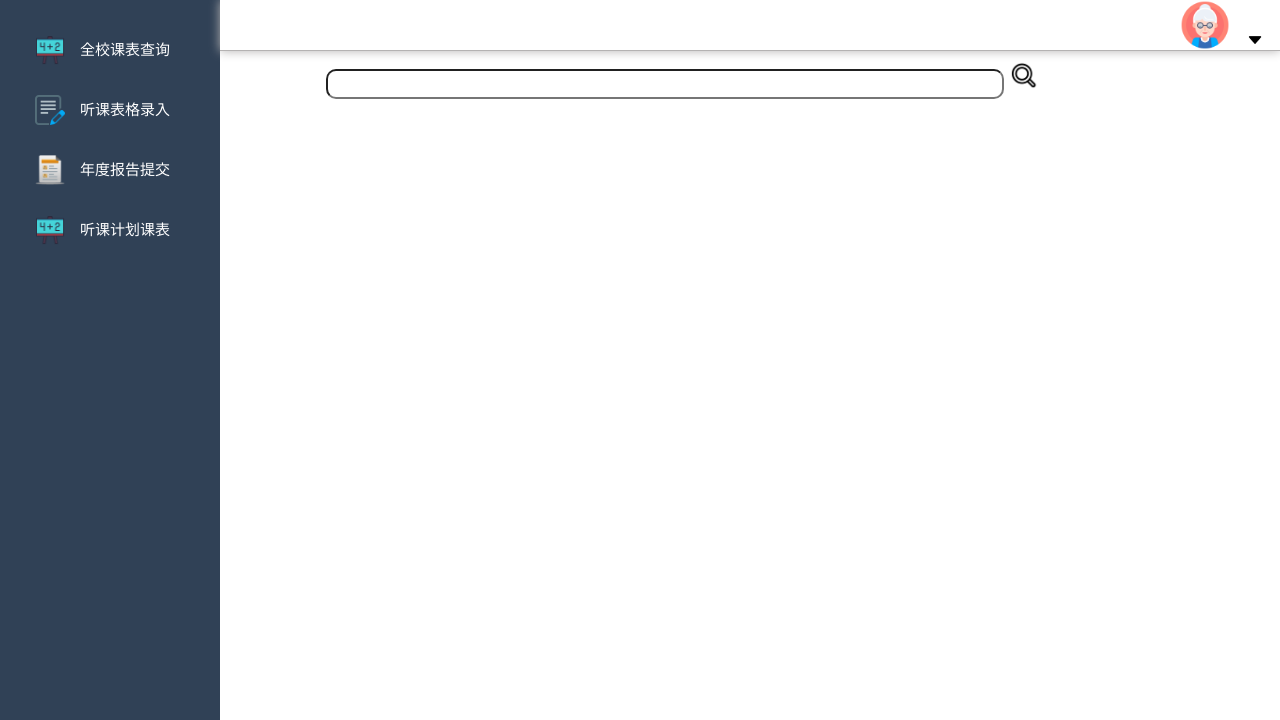
Repository: shandamengcheng/graduate-project
Page: /home/search
An editor plug-in stored every save of this project. The page is shown before and after the next save, followed by the edit.
The browser window is 1280 px wide. The pictures show the whole page.
The project was rebuilt for these pictures with package versions that can differ from the ones it lists, and the page was loaded fresh each time. Also part of the build but not shown: src/views/Login.vue.

Above is the page before, as saved 2021-03-14 12:33:51.

### src/App.vue
<template>
  <div id="app">
    <router-view/>
  </div>
</template>

<style>
* {
  margin: 0;
  padding: 0;
  -webkit-box-sizing: inherit;
  box-sizing: inherit;
}

#app, html, body{
  font-family: Avenir, Helvetica, Arial, sans-serif;
  -webkit-font-smoothing: antialiased;
  -moz-osx-font-smoothing: grayscale;
  text-align: center;
  color: #2c3e50;
  height: 100%;
  overflow: hidden;
}

</style>

### src/router/index.js
import Vue from 'vue'
import VueRouter from 'vue-router'
import Home from '../views/Home.vue'
import Login from '../views/Login.vue';
import Search from '../components/Search.vue';

Vue.use(VueRouter)

const routes = [
  {
    path: '/',
    name: 'Login',
    component: Login
  },
  {
    path: '/home',
    name: Home,
    component: Home,
    children:[
      {
        path: '/',
        name: 'Search',
        component: Search,
      },
      {
        path: 'search',
        name: 'Search',
        component: Search,
      }
    ]
  }
]

const router = new VueRouter({
  mode: 'history',
  base: process.env.BASE_URL,
  routes
})

export default router

### src/views/Home.vue
<template>
  <div class="home">
    <SideBar />
    <div class="main">
      <NavigationBar />
      <router-view />
      <!-- <Search /> -->
    </div>
  </div>
</template>

<script>
// @ is an alias to /src
import Login from "@/views/Login";
import SideBar from "@/components/SideBar";
import NavigationBar from "@/components/NavigationBar";
import Search from "@/components/Search";

export default {
  name: "Home",
  components: {
    Login,
    SideBar,
    NavigationBar,
    Search,
  },
};
</script>

<style scoped>
.home {
  min-height: 100%;
  width: 100%;
  display: flex;
  flex-direction: row;
  /* background-color: #2d3a4b;
    color: white; */
  overflow: hidden;
}
.main {
  width: calc(100% - 220px);
  min-width: 600px;
}
</style>

### src/components/Search.vue
<template>
  <div class="search">
    <input type="search" />
    <img src="@/assets/search.png" >
  </div>
</template>

<script>
export default {
  name: "Search",
};
</script>

<style scoped>
.search {
  width: 80%;
  margin: auto;
  height: 30px;
  margin-top: 10px;
  text-align: left;
  font-size: 0;
}
.search input {
  display: inline-block;
  width: 80%;
  height: 30px;
  line-height: 30px;
  margin: auto;
  border-radius: 10px;
  outline: none;
  font-size: 20px;
  padding: 0 5px;
  box-sizing: border-box;
}
.search img {
  display: inline-block;
  width: 30px;
  height: 30px;
  margin-left: 5px;
}
</style>

### src/components/SideBar.vue
<template>
  <div class="sidebar">
    <SideBarItem>
      <img src="@/assets/class.png">
      <div>全校课表查询</div>
    </SideBarItem>
    <SideBarItem>
      <img src="@/assets/sheet.png">
      <div>听课表格录入</div>
    </SideBarItem>
    <SideBarItem>
      <img src="@/assets/report.png">
      <div>年度报告提交</div>
    </SideBarItem>
     <SideBarItem>
      <img src="@/assets/class.png">
      <div>听课计划课表</div>
    </SideBarItem>
  </div>
</template>

<script>
import SideBarItem from "@/components/SideBarItem";

export default {
  name: "SideBar",
  components: {
    SideBarItem,
  },

}
</script>

<style scoped>
.sidebar {
  width: 220px;
  min-width: 220px;
  height: 100vh;
  background: #304156;
  color: white;
  font-size: 15px;
  text-align: center;
  display: flex;
  flex-direction: column;
  padding-top: 20px;
}
</style>

### src/components/NavigationBar.vue
<template>
  <div class="navbar">
    <img src="@/assets/avatar.png" class="avatar-img">
    <img src="@/assets/arrow.png" class="avatar-submenu">
  </div>
</template>

<script>
export default {
  name: "NavigationBar",
}
</script>

<style scoped>
.navbar {
  width: 100%;
  height: 50px;
  /* background: pink; */
  display: flex;
  justify-content: flex-end;
  border-bottom: .5px solid rgb(180, 178, 178);
  box-shadow: 0px 0px 10px rgb(180, 178, 178);
}
.navbar img {
  display: inline-block;
  height: 100%;
  width: 50px;
  border-radius: 10px;
}
.navbar .avatar-submenu {
  width: 20px;
  height: 20px;
  margin: 30px 15px 0px 15px;
}
</style>

### src/components/SideBarItem.vue
<template>
  <div class="sidebar-item" @click="showSearchView">
    <slot>默认列表项</slot>
  </div>
</template>

<script>
export default {
  name: "SideBarItem",
  methods: {
    showSearchView: function() {
      this.$router.push('/home/search');
    }
  }
}
</script>

<style scoped>
.sidebar-item {
  height: 60px;
  padding: 0 10px;
  line-height: 60px;
  border: none;
  outline: none;
  cursor: pointer;
  display: flex;
  justify-content: center;
}
.sidebar-item img {
  /* display: inline-block; */
  align-self: center;
  height: 50%;
  vertical-align: middle;
  width: 15%;
  /* margin-right: 5px; */
}
.sidebar-item div {
  width: 60%;
  /* display: inline-block; */
}
</style>

Loaded but not shown: public/index.html (common file); src/main.js (common file); src/store/index.js (common file)

After the next save:
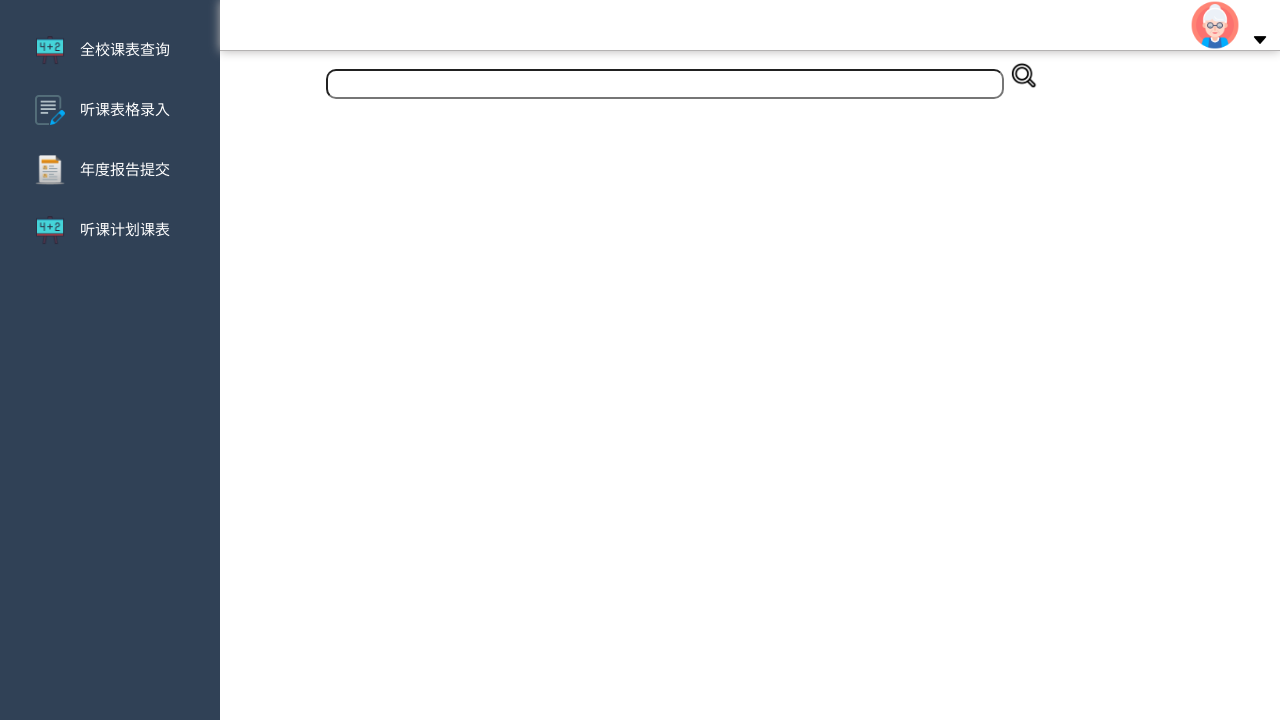
Saved 29 s later.
--- a/src/components/NavigationBar.vue
+++ b/src/components/NavigationBar.vue
@@ -30,6 +30,6 @@ export default {
 .navbar .avatar-submenu {
   width: 20px;
   height: 20px;
-  margin: 30px 15px 0px 15px;
+  margin: 30px 10px 0px 10px;
 }
 </style>
